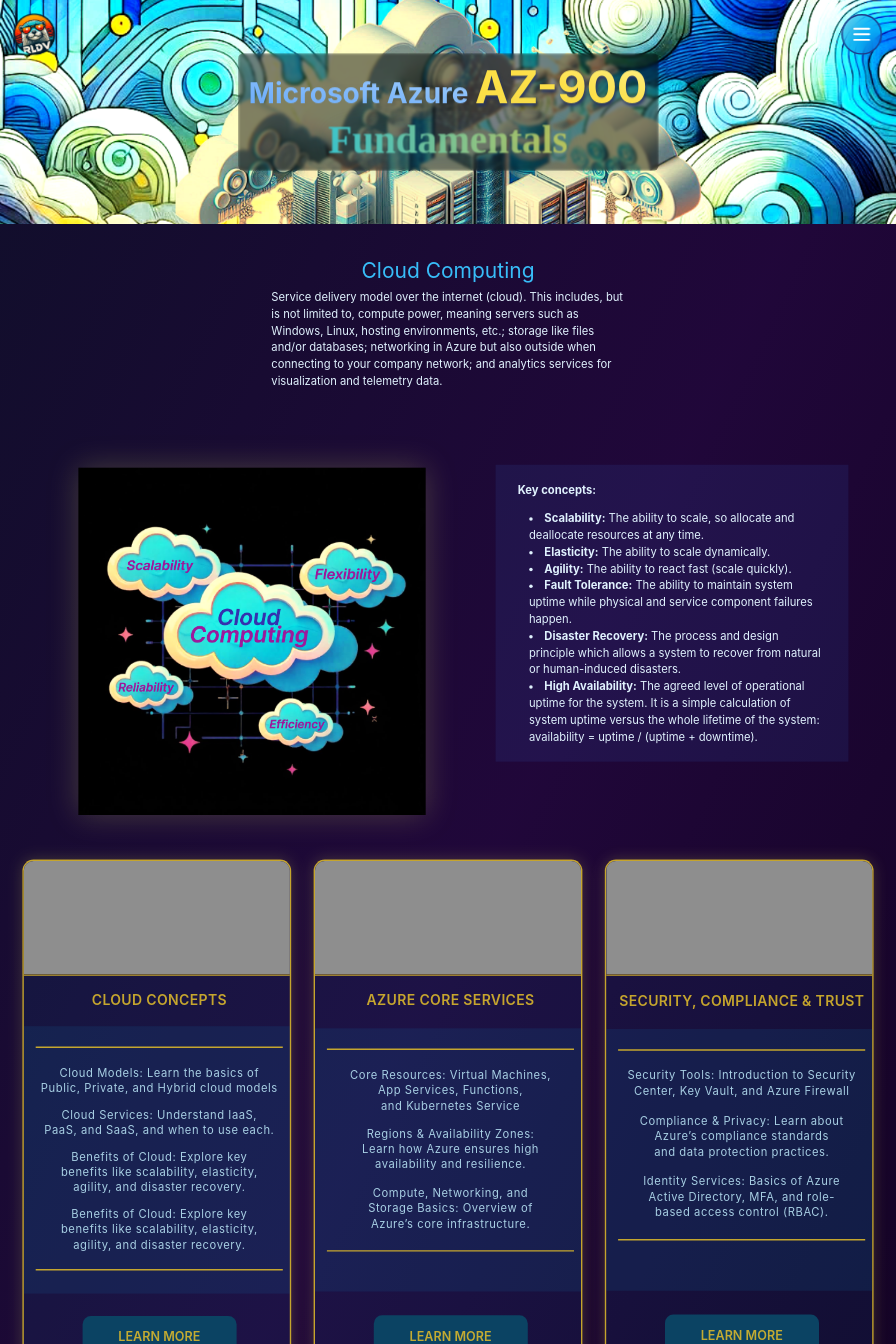
Repository: Freezler/az-900_svelte5
Page: /
An editor plug-in stored every save of this project. The page is shown before and after a run of saves, followed by the edit.
The browser window is 1280 px wide. The pictures show the part of the page from y = 0 to 1920 px (the page is 2706 px tall), at 70% of full size.
Pictures or frames that could not be fetched are drawn as grey boxes. The project was rebuilt for these pictures with package versions that can differ from the ones it lists, and the page was loaded fresh each time. The framework's server and built-in components were replaced by stand-ins that run in the browser. Also part of the build but not shown: vite.config.ts.

Above is the page before, as saved 2024-11-10 10:36:26.

After the next 3 saves:
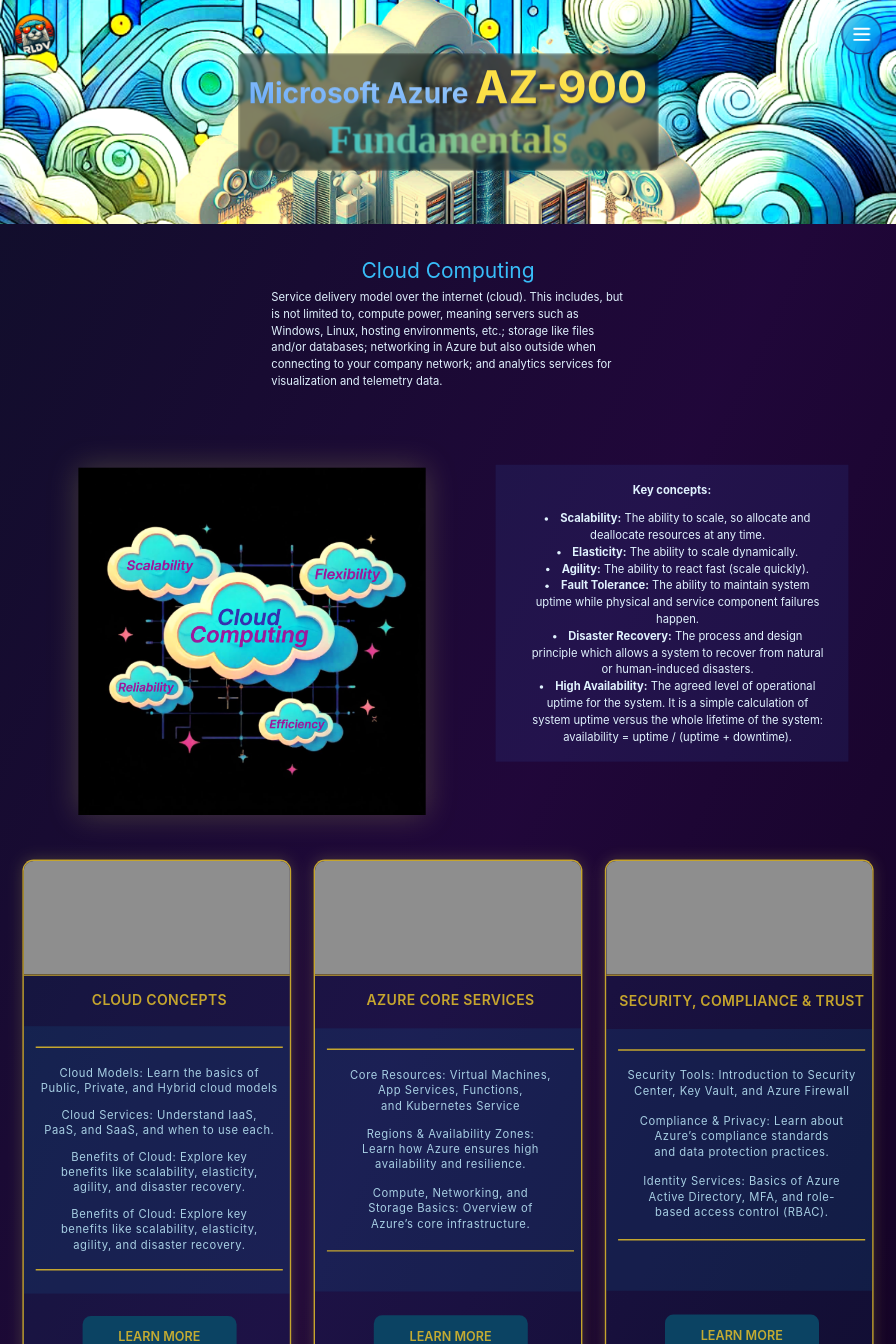
The 3 saves are shown as one change because they came seconds apart.
The last was saved 12 s later.
--- a/src/components/ComputingArticle.svelte
+++ b/src/components/ComputingArticle.svelte
@@ -8,7 +8,7 @@
 	</p>
 </div>
 
-<section class="grid items-center lg:grid-cols-2 justify-center place-items-center z-10">
+<section class="grid items-center lg:grid-cols-2 justify-center place-items-center z-10 text-center">
 	<img
 		src="../public/images/cloud.png"
 		alt="cloudSolutions"
